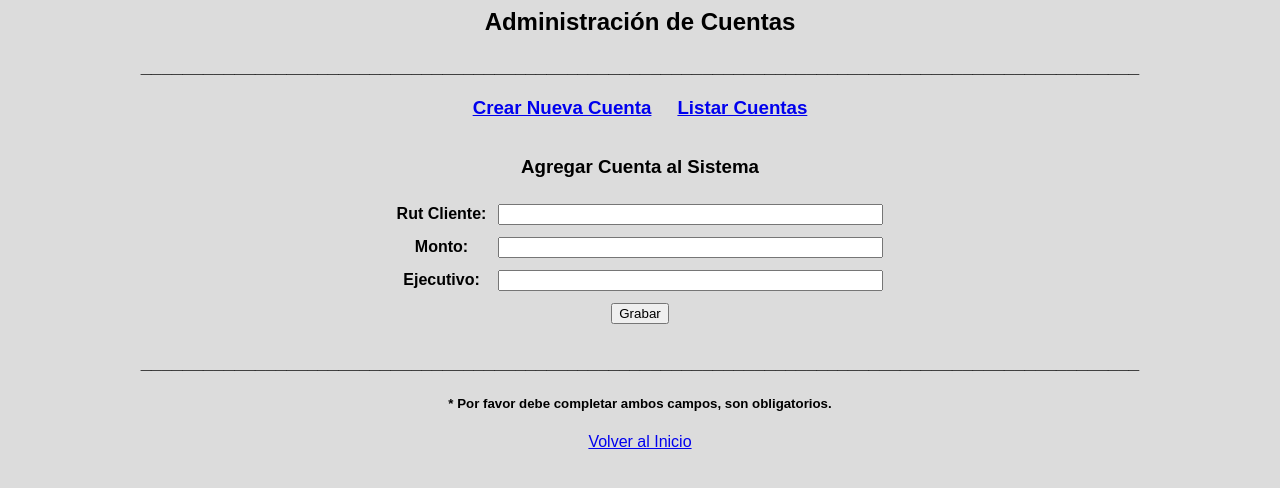
Repository: miguelalvarezcl/examen
Page: http://localhost/CtaCorriente/newcuenta
These files come from the project's save history. The page is drawn as it stood at one moment and after the next save; the edit follows.
The browser window is 1280 px wide. The pictures show the whole page.
The page is served by Tomcat 9. Other server files are loaded and not shown.

Above is the page before, as saved 2021-11-13 22:26:59.

### CtaCorriente/WebContent/FormularioCuenta.jsp
<%@ page language="java" contentType="text/html; charset=UTF-8"
    pageEncoding="UTF-8"%>
<%@ taglib uri = "http://java.sun.com/jsp/jstl/core" prefix = "c" %>
<html>
<head>
    <title>:::... Banco Platinum ...:::</title>
</head>
<body>

    <center>
        <h2>Administración de Cuentas</h2>
        <h3>________________________________________________________________________________________________</h3>
        <h3>
            <a href="/CtaCorriente/newcuenta">Crear Nueva Cuenta</a>
            &nbsp;&nbsp;&nbsp;
            <a href="/CtaCorriente/listCuentabd">Listar Cuentas</a>

        </h3>
    </center>
    <div align="center">
        <c:if test="${cuentabd != null}">
            <form action="updatecuenta" method="post">
        </c:if>
        <c:if test="${cuentabd == null}">
            <form action="insertcuenta" method="post">
        </c:if>
        <table border="0" cellpadding="5">
            <caption>
                <h3>
                    <c:if test="${usuariobd != null}">
                        Editar cuenta
                    </c:if>
                    <c:if test="${usuariobd == null}">
                        Agregar Cuenta al Sistema
                    </c:if>
                </h3>
            </caption>
                <c:if test="${cuentabd != null}">
                    <input type="hidden" name="id" value="${cuentabd.id}" />
                </c:if>
            <tr>
                <th>Rut Cliente: </th>
                <td>
                    <input type="text" name="rutcliente" size="45"
                            value="${cuentabd.rutcliente}"
                        />
                </td>
            </tr>
            <tr>
                <th>Monto: </th>
                <td>
                    <input type="text" name="monto" size="45"
                            value="${cuentabd.monto}"
                    />
                </td>
            </tr>
            <tr>
                <th>Ejecutivo: </th>
                <td>
                    <input type="text" name="ejecutivo" size="45"
                            value="${cuentabd.ejecutivo}"
                    />
                </td>
            </tr>


            <tr>
                <td colspan="2" align="center">
                    <input type="submit" value="Grabar" />
                </td>
            </tr>
        </table>
        </form>
    </div>
            <center>
        <h4>
            <h3>________________________________________________________________________________________________</h3>
            <h5>* Por favor debe completar ambos campos, son obligatorios.</h5>
            <a href="/CtaCorriente/home.jsp">Volver al Inicio</a>
        </h4>
    </center>
</body>
</html>

<style>
body{
	font-family: arial, helvetica;
	background: #DCDCDC;
}
</style>

### CtaCorriente/src/com/platinum/ControllerServlet.java
package com.platinum;

import java.io.IOException;
import java.sql.SQLException;
import java.util.List;

import javax.servlet.RequestDispatcher;
import javax.servlet.ServletException;
import javax.servlet.http.HttpServlet;
import javax.servlet.http.HttpServletRequest;
import javax.servlet.http.HttpServletResponse;


public class ControllerServlet extends HttpServlet {
    private static final long serialVersionUID = 1L;
    private UsuariobdDAO usuariobdDAO;
    private PersonabdDAO personabdDAO;
    private CuentabdDAO cuentabdDAO;
    private TransferenciaDAO transferenciaDAO;

    public void init() {
        String jdbcURL = getServletContext().getInitParameter("jdbcURL");
        String jdbcUsername = getServletContext().getInitParameter("jdbcUsername");
        String jdbcPassword = getServletContext().getInitParameter("jdbcPassword");

        usuariobdDAO = new UsuariobdDAO(jdbcURL, jdbcUsername, jdbcPassword);
        personabdDAO = new PersonabdDAO(jdbcURL, jdbcUsername, jdbcPassword);
        cuentabdDAO = new CuentabdDAO(jdbcURL, jdbcUsername, jdbcPassword);
        transferenciaDAO = new TransferenciaDAO(jdbcURL, jdbcUsername, jdbcPassword);

    }

    protected void doPost(HttpServletRequest request, HttpServletResponse response)
            throws ServletException, IOException {
        doGet(request, response);
    }

    protected void doGet(HttpServletRequest request, HttpServletResponse response)
            throws ServletException, IOException {
        String action = request.getServletPath();

        try {
            switch (action) {
            case "/new":
                showNewForm(request, response);
                break;
            case "/newpersona":
                showNewFormPersona(request, response);
                break;

            case "/newcuenta":
                showNewFormCuenta(request, response);
                break;

            case "/newtransferencia":
                showNewFormTransferencia(request, response);
                break;

            case "/insert":
                insertUsuariobd(request, response);
                break;

            case "/insertpersona":
                insertPersonabd(request, response);
                break;

            case "/insertcuenta":
                insertCuentabd(request, response);
                break;

            case "/inserttransferencia":
                insertTransferencia(request, response);
                break;
            case "/deletecuenta":
                deleteCuentabd(request, response);
                break;

            case "/deletepersona":
                deletePersonabd(request, response);
                break;
            case "/delete":
                deleteUsuariobd(request, response);
                break;
            case "/editpersona":
                showEditFormPersona(request, response);
                break;

            case "/editcuenta":
                showEditFormCuenta(request, response);
                break;

            case "/edit":
                showEditForm(request, response);
                break;
            case "/update":
                updateUsuariobd(request, response);
                break;
            case "/updatepersona":
                updatePersonabd(request, response);
                break;

            case "/updatecuenta":
                updateCuentabd(request, response);
                break;


            case "/listPersonabd":
            	listPersonabd(request, response);
                break;

            case "/listCuentabd":
            	//System.out.println("1");
            	listCuentabd(request, response);
                break;
            case "/listTransferencia":
            	listTransferencia(request, response);
                break;
            default:
                listUsuariobd(request, response);
                break;
            }
        } catch (SQLException ex) {
            throw new ServletException(ex);
        }
    }



    private void listTransferencia(HttpServletRequest request, HttpServletResponse response)
            throws SQLException, IOException, ServletException {


        List<Transferencia> listTransferencia = transferenciaDAO.listAllTransferencia();

        request.setAttribute("listTransferencia", listTransferencia);
        RequestDispatcher dispatcher = request.getRequestDispatcher("ListaTransferencia.jsp");
        dispatcher.forward(request, response);
    }

    private void listCuentabd(HttpServletRequest request, HttpServletResponse response)
            throws SQLException, IOException, ServletException {


        List<Cuentabd> listCuentabd = cuentabdDAO.listAllCuentabd();

        request.setAttribute("listCuentabd", listCuentabd);
        RequestDispatcher dispatcher = request.getRequestDispatcher("ListaCuentas.jsp");
        dispatcher.forward(request, response);
    }

    private void listPersonabd(HttpServletRequest request, HttpServletResponse response)
            throws SQLException, IOException, ServletException {

        List<Personabd> listPersonabd = personabdDAO.listAllPersonabd();

        request.setAttribute("listPersonabd", listPersonabd);
        RequestDispatcher dispatcher = request.getRequestDispatcher("ListaPersonas.jsp");
        dispatcher.forward(request, response);
    }

    private void listUsuariobd(HttpServletRequest request, HttpServletResponse response)
            throws SQLException, IOException, ServletException {
        List<Usuariobd> listUsuariobd = usuariobdDAO.listAllUsuariosbd();
        request.setAttribute("listUsuariobd", listUsuariobd);
        RequestDispatcher dispatcher = request.getRequestDispatcher("ListaUsuarios.jsp");
        dispatcher.forward(request, response);
    }


    private void showNewForm(HttpServletRequest request, HttpServletResponse response)
            throws ServletException, IOException {
        RequestDispatcher dispatcher = request.getRequestDispatcher("FormularioUsuario.jsp");
        dispatcher.forward(request, response);
    }

    private void showNewFormPersona(HttpServletRequest request, HttpServletResponse response)
            throws ServletException, IOException {
        RequestDispatcher dispatcher = request.getRequestDispatcher("FormularioPersona.jsp");
        dispatcher.forward(request, response);
    }

    private void showNewFormCuenta(HttpServletRequest request, HttpServletResponse response)
            throws ServletException, IOException {
        RequestDispatcher dispatcher = request.getRequestDispatcher("FormularioCuenta.jsp");
        dispatcher.forward(request, response);
    }

    private void showNewFormTransferencia(HttpServletRequest request, HttpServletResponse response)
            throws ServletException, IOException {
        RequestDispatcher dispatcher = request.getRequestDispatcher("FormularioTransferencia.jsp");
        dispatcher.forward(request, response);
    }


    private void showEditForm(HttpServletRequest request, HttpServletResponse response)
            throws SQLException, ServletException, IOException {
        int id = Integer.parseInt(request.getParameter("id"));
        Usuariobd existingUsuariobd = usuariobdDAO.getUsuariobd(id);
        RequestDispatcher dispatcher = request.getRequestDispatcher("FormularioUsuario.jsp");
        request.setAttribute("usuariobd", existingUsuariobd);
        dispatcher.forward(request, response);

    }

    private void showEditFormPersona(HttpServletRequest request, HttpServletResponse response)
            throws SQLException, ServletException, IOException {
        String rut = request.getParameter("rut");
        Personabd existingPersonabd = personabdDAO.getPersonabd(rut);
        RequestDispatcher dispatcher = request.getRequestDispatcher("FormularioPersona.jsp");
        request.setAttribute("personabd", existingPersonabd);
        dispatcher.forward(request, response);


    }

    private void showEditFormCuenta(HttpServletRequest request, HttpServletResponse response)
            throws SQLException, ServletException, IOException {
        int id = Integer.parseInt(request.getParameter("id"));
        Cuentabd existingCuentabd = cuentabdDAO.getCuentabd(id);
        RequestDispatcher dispatcher = request.getRequestDispatcher("FormularioCuenta.jsp");
        request.setAttribute("cuentabd", existingCuentabd);
        dispatcher.forward(request, response);


    }

    private void insertUsuariobd(HttpServletRequest request, HttpServletResponse response)
            throws SQLException, IOException {
        String nombreusuario = request.getParameter("nombreusuario");
        String password = request.getParameter("password");


        Usuariobd newUsuariobd = new Usuariobd(nombreusuario, password);
        usuariobdDAO.insertUsuariobd(newUsuariobd);
        response.sendRedirect("list");
    }

    private void insertPersonabd(HttpServletRequest request, HttpServletResponse response)
            throws SQLException, IOException {
    	String rut = request.getParameter("rut");
        String nombre = request.getParameter("nombre");
        String apellido = request.getParameter("apellido");
        String direccion = request.getParameter("direccion");
        String correo = request.getParameter("correo");
        String telefono = request.getParameter("telefono");

        Personabd newPersonabd = new Personabd(rut,nombre, apellido,direccion,correo,telefono);
        personabdDAO.insertPersonabd(newPersonabd);
        response.sendRedirect("listPersonabd");
    }

    private void insertTransferencia(HttpServletRequest request, HttpServletResponse response)
            throws SQLException, IOException {
        String rutpersona = request.getParameter("rutpersona");
        int idusuario = Integer.parseInt(request.getParameter("idusuario"));
        int idcuenta = Integer.parseInt(request.getParameter("idcuenta"));
        int montotransferencia = Integer.parseInt(request.getParameter("montotransferencia"));
        int cuentatransferencia = Integer.parseInt(request.getParameter("cuentatransferencia"));
        String tipocuenta = request.getParameter("tipocuenta");

        Transferencia newTransferencia = new Transferencia(rutpersona, idusuario,idcuenta,montotransferencia,cuentatransferencia,tipocuenta);
        transferenciaDAO.insertTransferencia(newTransferencia);
        response.sendRedirect("listTransferencia");
    }

    private void insertCuentabd(HttpServletRequest request, HttpServletResponse response)
            throws SQLException, IOException {
        String rutcliente = request.getParameter("rutcliente");
        String monto = request.getParameter("monto");
        String ejecutivo = request.getParameter("ejecutivo");

        Cuentabd newCuentabd = new Cuentabd(rutcliente, monto,ejecutivo);
        cuentabdDAO.insertCuentabd(newCuentabd);
        response.sendRedirect("listCuentabd");
    }


    private void updatePersonabd(HttpServletRequest request, HttpServletResponse response)
            throws SQLException, IOException {
        String rut = request.getParameter("rut");
        String nombre = request.getParameter("nombre");
        String apellido = request.getParameter("apellido");
        String direccion = request.getParameter("direccion");
        String correo = request.getParameter("correo");
        String telefono = request.getParameter("telefono");


        Personabd personabd = new Personabd(rut, nombre, apellido,direccion,correo,telefono);
        personabdDAO.updatePersonabd(personabd);
        response.sendRedirect("listPersonabd");
    }


    private void updateCuentabd(HttpServletRequest request, HttpServletResponse response)
            throws SQLException, IOException {
    	System.out.println("paso");

        String rutcliente = request.getParameter("rutcliente");
        String monto = request.getParameter("monto");
        String ejecutivo = request.getParameter("ejecutivo");
        int id = Integer.parseInt(request.getParameter("id"));
        Cuentabd cuentabd = new Cuentabd(id, rutcliente, monto , ejecutivo);
        System.out.println("paso2");
        cuentabdDAO.updateCuentabd(cuentabd);
        response.sendRedirect("listCuentabd");
    }


    private void updateUsuariobd(HttpServletRequest request, HttpServletResponse response)
            throws SQLException, IOException {
        int id = Integer.parseInt(request.getParameter("id"));
        String nombreusuario = request.getParameter("nombreusuario");
        String password = request.getParameter("password");


        Usuariobd usuariobd = new Usuariobd(id, nombreusuario, password);
        usuariobdDAO.updateUsuariobd(usuariobd);
        response.sendRedirect("list");
    }

    private void deleteUsuariobd(HttpServletRequest request, HttpServletResponse response)
            throws SQLException, IOException {
        int id = Integer.parseInt(request.getParameter("id"));

        Usuariobd usuariobd = new Usuariobd(id);
        usuariobdDAO.deleteUsuariobd(usuariobd);
        response.sendRedirect("list");

    }

    private void deletePersonabd(HttpServletRequest request, HttpServletResponse response)
            throws SQLException, IOException {
        String rut = request.getParameter("rut");

        Personabd personabd = new Personabd(rut);
        personabdDAO.deletePersonabd(personabd);
        response.sendRedirect("listPersonabd");
    }


    private void deleteCuentabd(HttpServletRequest request, HttpServletResponse response)
            throws SQLException, IOException {
        int id = Integer.parseInt(request.getParameter("id"));

        Cuentabd cuentabd = new Cuentabd(id);
        cuentabdDAO.deleteCuentabd(cuentabd);
        response.sendRedirect("listCuentabd");
    }



}

After the next save:
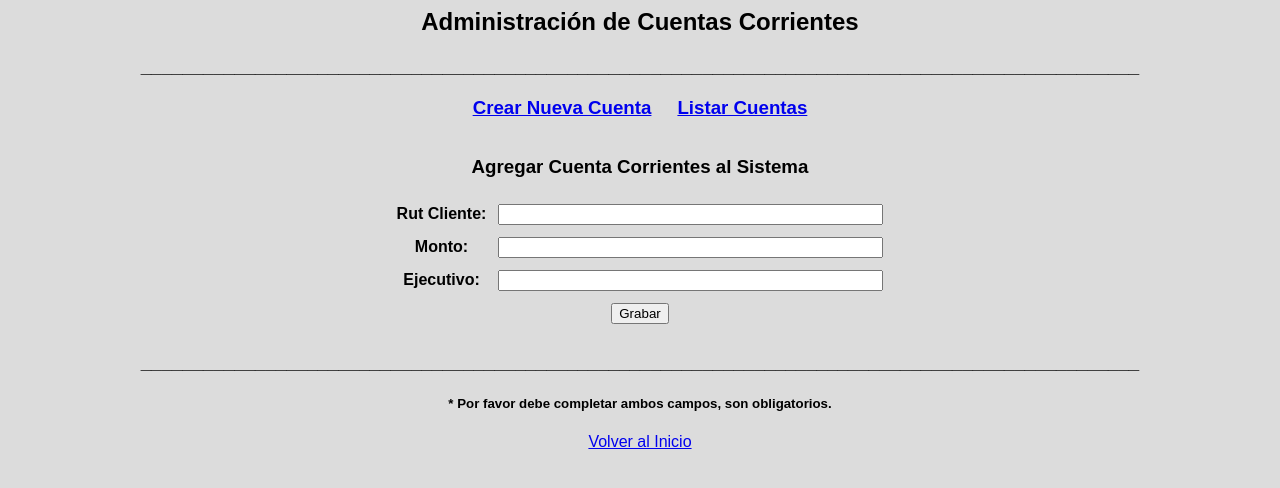
Saved 78 s later.
--- a/CtaCorriente/WebContent/FormularioCuenta.jsp
+++ b/CtaCorriente/WebContent/FormularioCuenta.jsp
@@ -8,7 +8,7 @@
 <body>
 
     <center>
-        <h2>Administración de Cuentas</h2>
+        <h2>Administración de Cuentas Corrientes</h2>
         <h3>________________________________________________________________________________________________</h3>
         <h3>
             <a href="/CtaCorriente/newcuenta">Crear Nueva Cuenta</a>
@@ -31,7 +31,7 @@
                         Editar cuenta
                     </c:if>
                     <c:if test="${usuariobd == null}">
-                        Agregar Cuenta al Sistema
+                        Agregar Cuenta Corrientes al Sistema
                     </c:if>
                 </h3>
             </caption>
